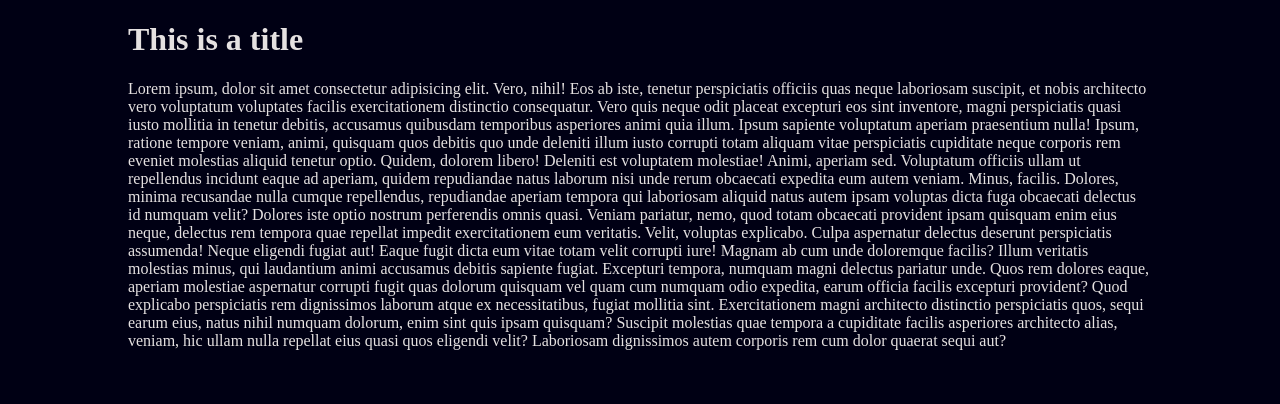
Repository: Francois-QUICODE/CSS-Micro-Projects
Page: Projects/01-Infinite-Gradient-Text.html
These files come from the project's save history. The page is drawn as it stood at one moment and after the next save; the edit follows.
The browser window is 1280 px wide. The pictures show the whole page.

Above is the page before, as saved 2020-11-28 09:54:32.

After the next save:
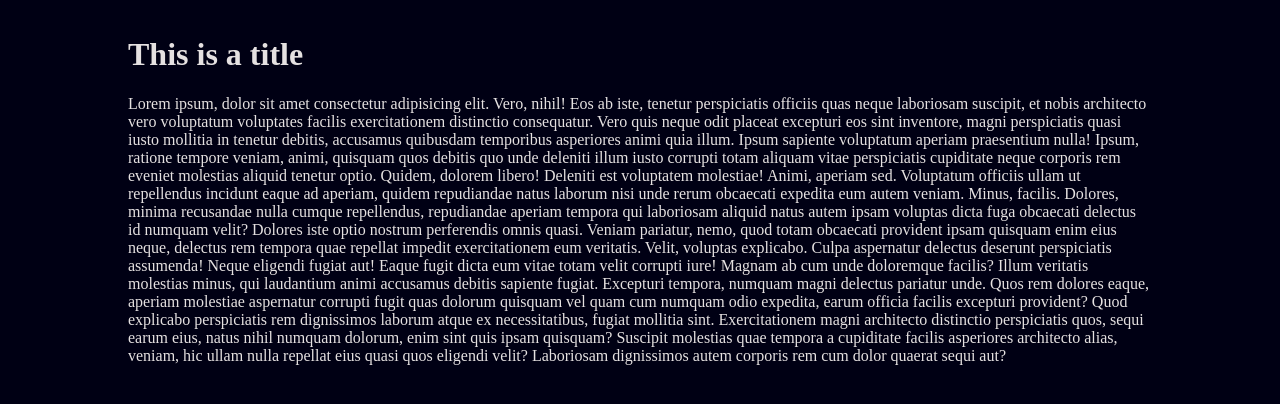
Saved 80 s later.
--- a/Projects/01-Infinite-Gradient-Text.html
+++ b/Projects/01-Infinite-Gradient-Text.html
@@ -56,7 +56,7 @@
       width: 1024px;
       margin: auto;
       color: #e5e1e1;
-      padding-top: ;
+      padding-top: 15px;
     }
   </style>
 </html>
